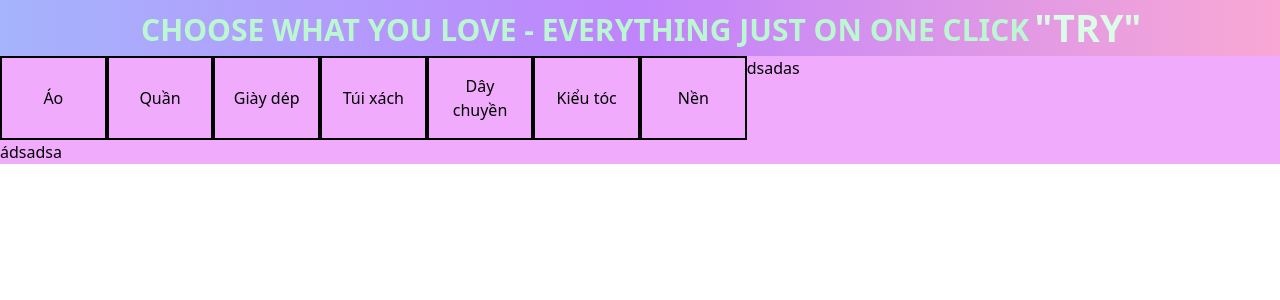
Repository: NguyenVietPhuQuy/ReactJs-TailWind-Redux-FunctionHook-ModelDesign
Page: / (app in modeldesign/)
An editor plug-in stored every save of this project. The page is shown before and after the next save, followed by the edit.
The browser window is 1280 px wide. The pictures show the whole page.
The project was rebuilt for these pictures with package versions that can differ from the ones it lists, and the page was loaded fresh each time. Also part of the build but not shown: modeldesign/src/App.css.

Above is the page before, as saved 2022-11-17 13:29:07.

After the next save:
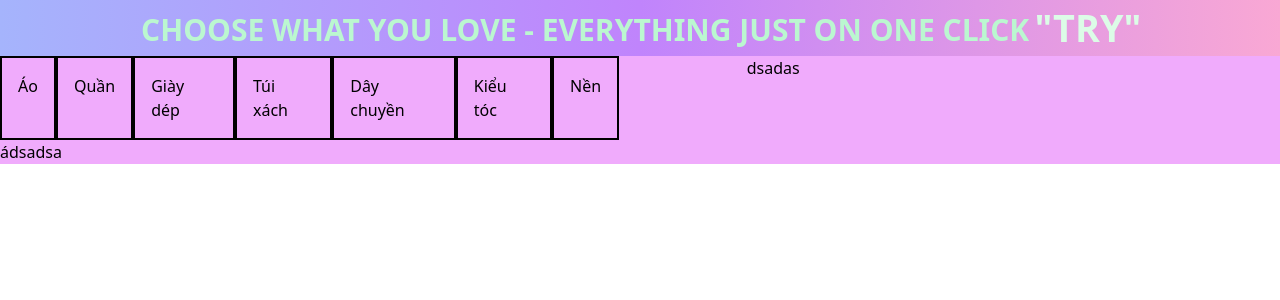
Saved 47 s later.
--- a/modeldesign/src/Components/Category.js
+++ b/modeldesign/src/Components/Category.js
@@ -1,18 +1,20 @@
 import React from "react";
-import {useSelector} from 'react-redux'
+import { useSelector } from 'react-redux'
 
 
-function Category(props){
-    const returnValue = useSelector(state=>state.categories.category)
-return(
-    <div className=" flex flex-row w-full">
-        {returnValue.map((item)=>{
-            return(
-               <button className="p-4 w-1/2 " style={{border:"2px solid black"}}>{item.showName}</button>
-            )
-        })}
-    </div>
-)
+function Category(props) {
+    const returnValue = useSelector(state => state.categories.category)
+    return (
+        <div className=" flex flex-row w-full">
+            {returnValue.map((item) => {
+                return (
+                    <div style={{ border: "2px solid black", }}>
+                        <button className="p-4 w-1/2 " >{item.showName}</button>
+                    </div>
+                )
+            })}
+        </div>
+    )
 }
 
 export default Category
